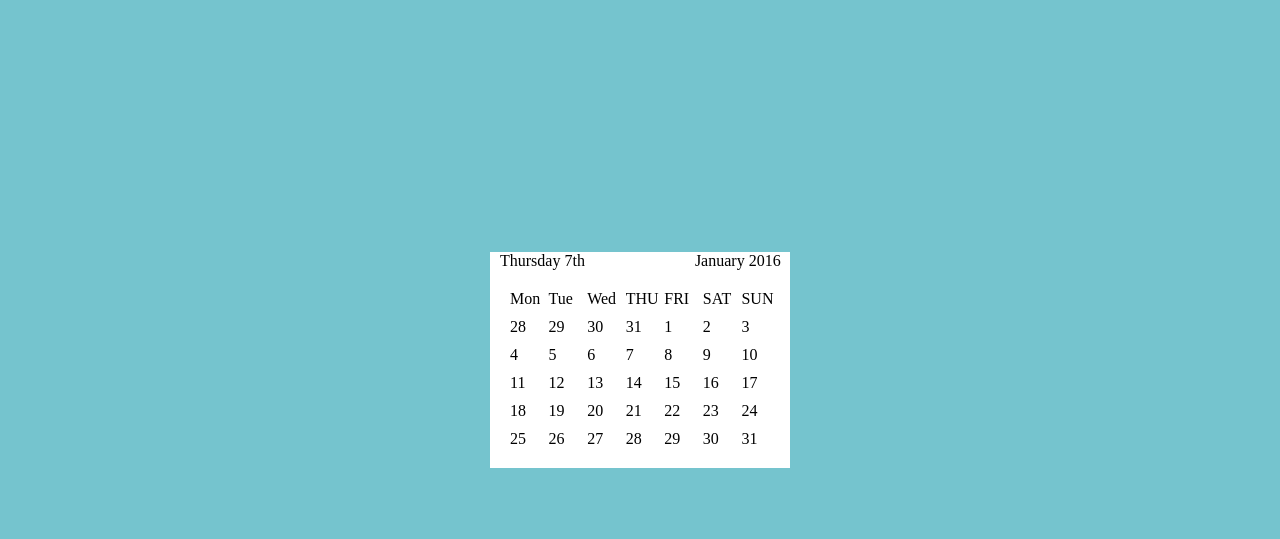
Repository: KYUUBI-K/HTML
Page: За 1 курс/Лаб 4/calendar.html
An editor plug-in stored every save of this project. The page is shown before and after the next save, followed by the edit.
The browser window is 1280 px wide. The pictures show the whole page.

Above is the page before, as saved 2021-03-30 13:36:25.

After the next save:
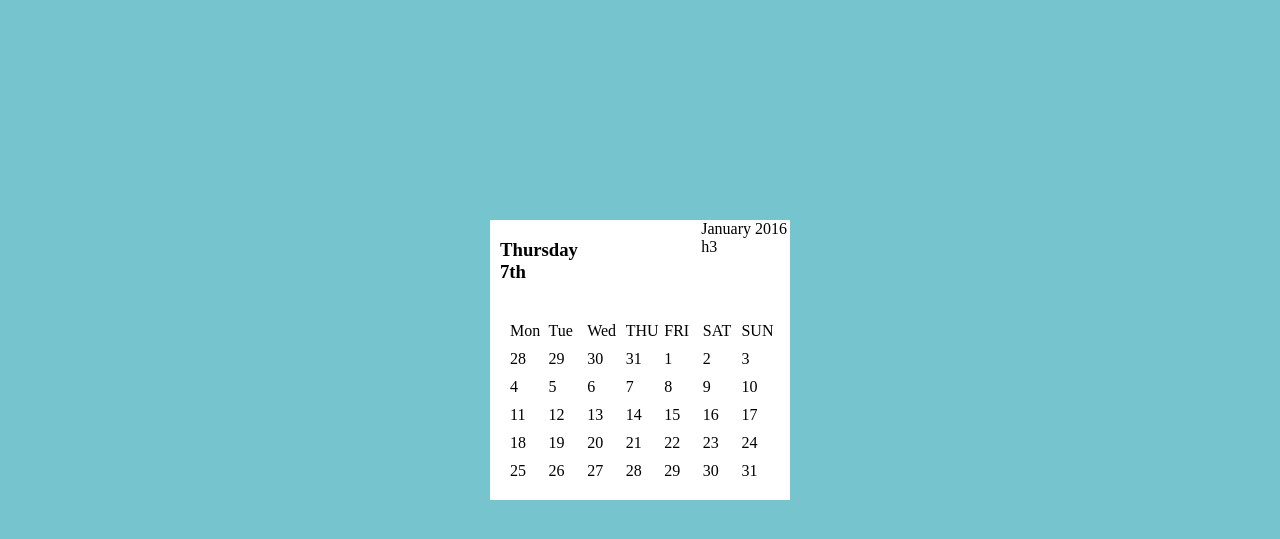
Saved 42 s later.
--- a/За 1 курс/Лаб 4/calendar.html
+++ b/За 1 курс/Лаб 4/calendar.html
@@ -10,9 +10,9 @@
 <body style="background-color:rgba(80, 181, 194, 0.788) ;">
     <div class="calendar">
         <div class="today">
-            Thursday 7th
+            <h3>Thursday 7th</h3>
             <div class="today">
-                January 2016
+                January 2016 h3
             </div>
         </div>
         <div class="date">
